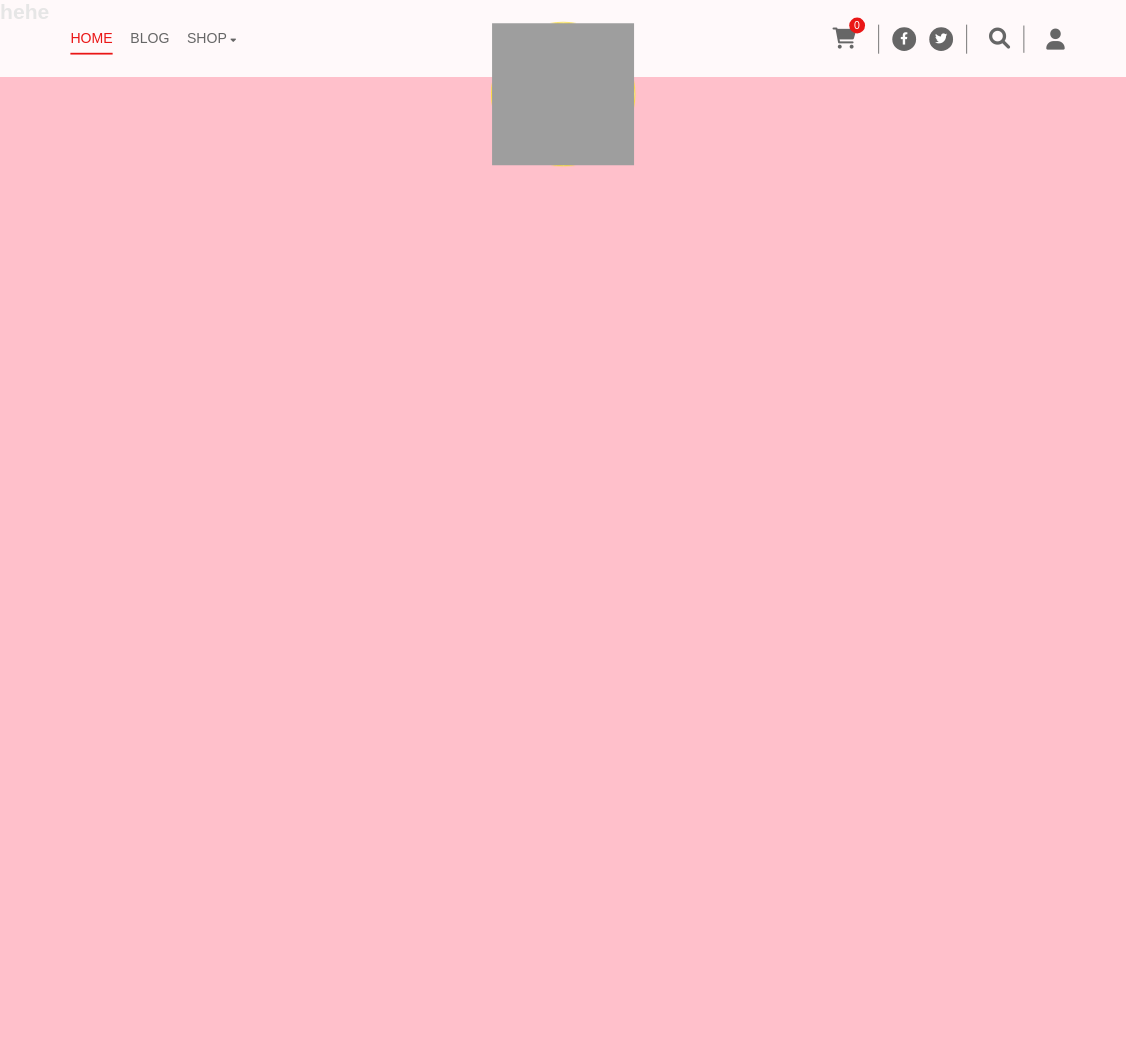
Repository: NguyenDucHung20002/header-and-scroll-top-project-cnpm
Page: blog.html
The author's editor kept a copy of each file at every save. The page is drawn from the files as they stood at one save, then again after the next save.
The browser window is 1280 px wide. The pictures show the whole page, at 88% of full size.
Pictures or frames that could not be fetched are drawn as grey boxes. The style sheet was rebuilt from its Sass, Less or Tailwind sources for each picture, by a compiler version that may differ from the author's.

Above is the page before, as saved 2022-09-15 10:25:04.
Console error: TypeError: Cannot read properties of undefined (reading 'top')

After the next save:
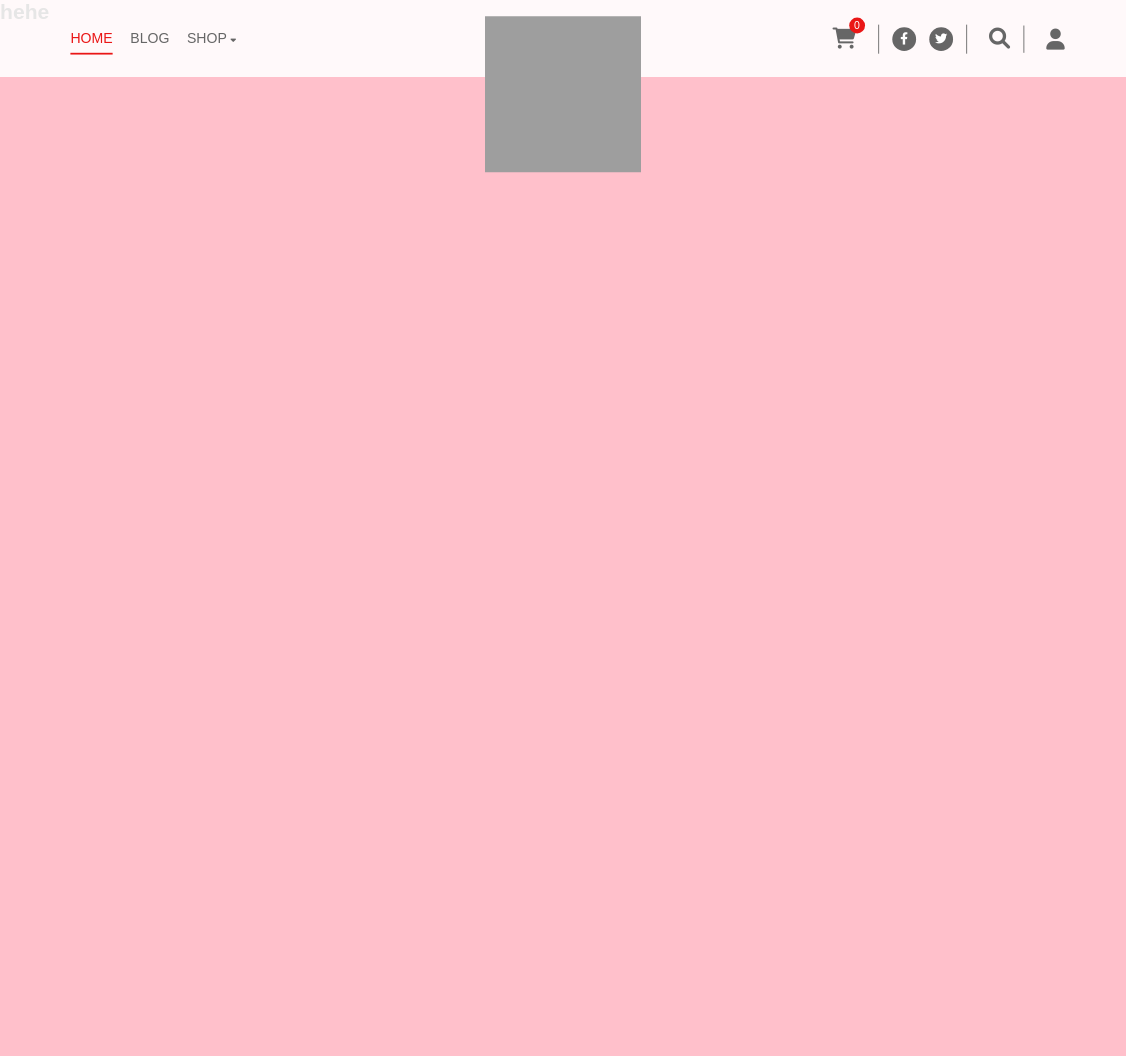
Saved 11 s later.
--- a/blog.scss
+++ b/blog.scss
@@ -143,8 +143,8 @@
                 left: 50%;
                 transform: translate(-50%, -50%);
                 z-index: 1;
-                width: 100%;
-                height: 100%;
+                width: 110%;
+                height: 110%;
               }
             }
           }
